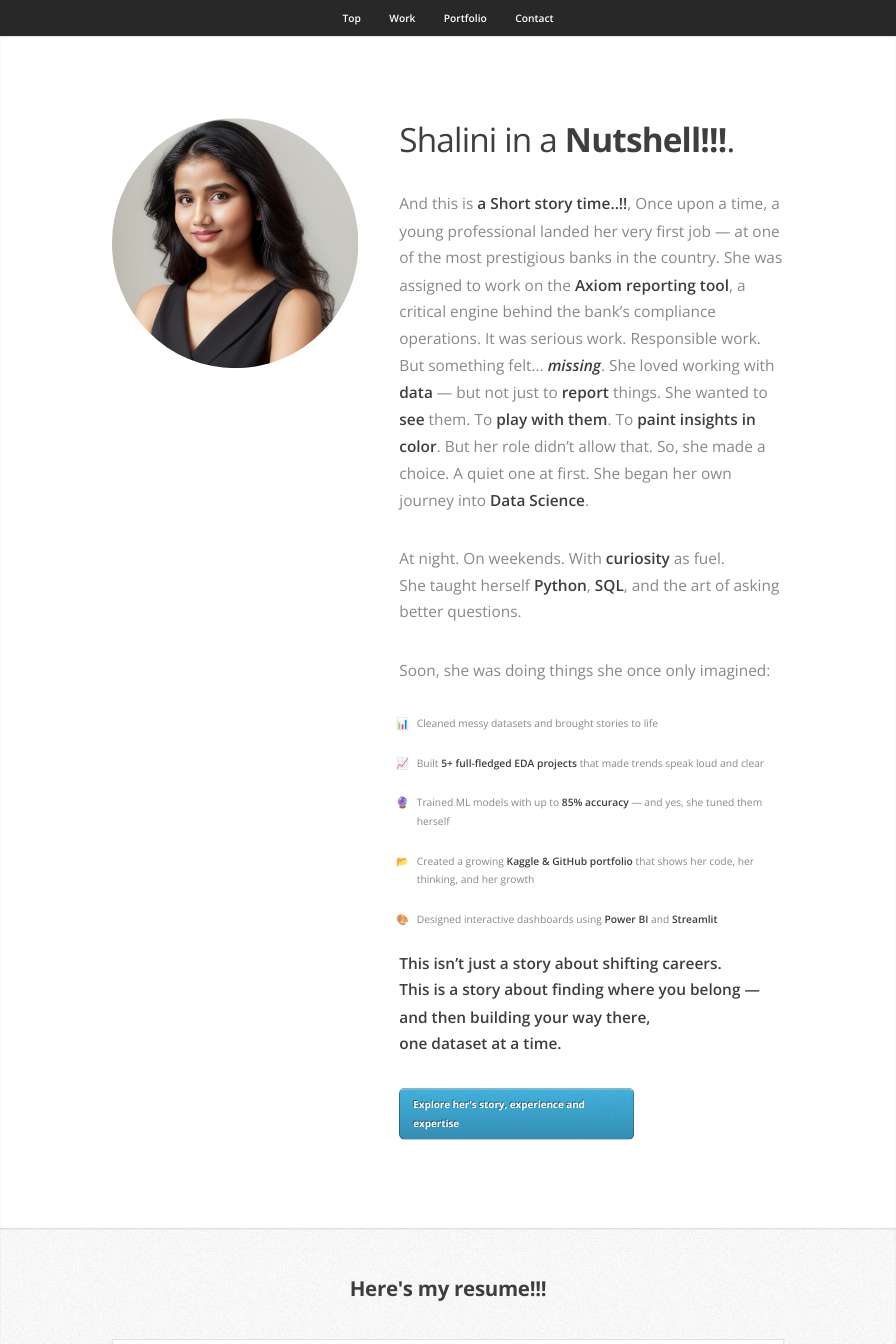
Repository: Shalini-Nanda-ds/Shalini-s-portfolio
Page: index.html
An editor plug-in stored every save of this project. The page is shown before and after the next save, followed by the edit.
The browser window is 1280 px wide. The pictures show the part of the page from y = 0 to 1920 px (the page is 4839 px tall), at 70% of full size.

Above is the page before, as saved 2025-05-04 21:03:18.

After the next save:
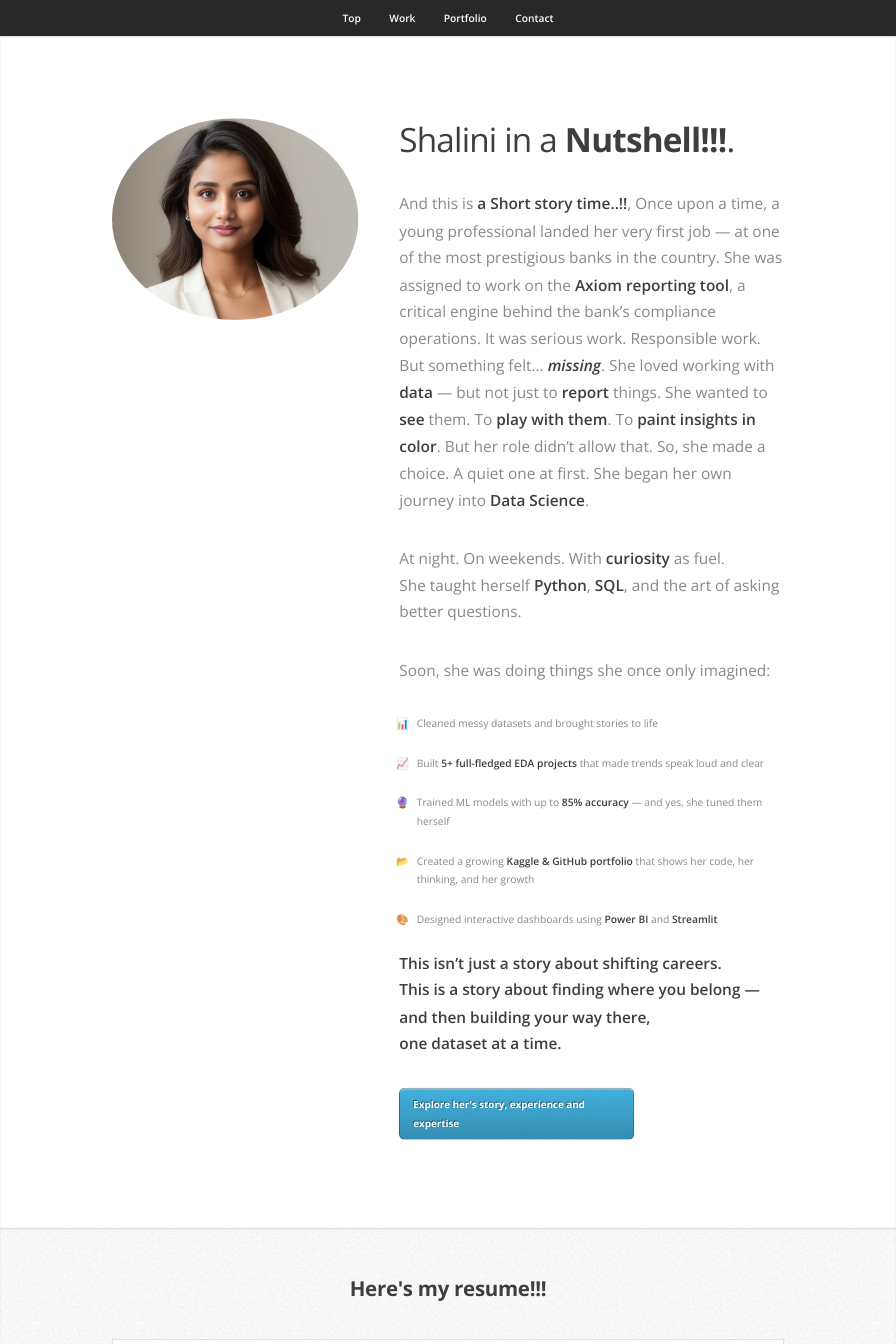
Saved 3 min 19 s later.
--- a/index.html
+++ b/index.html
@@ -28,7 +28,7 @@
 				<div class="container">
 					<div class="row">
 						<div class="col-4 col-5-large col-12-medium">
-							<span class="image fit"><img src="images\smile_babe.png" alt="" /></span>
+							<span class="image fit"><img src="images\smart_girl.png" alt="" /></span>
 						</div>
 						<div class="col-8 col-7-large col-12-medium">
 							<header>
